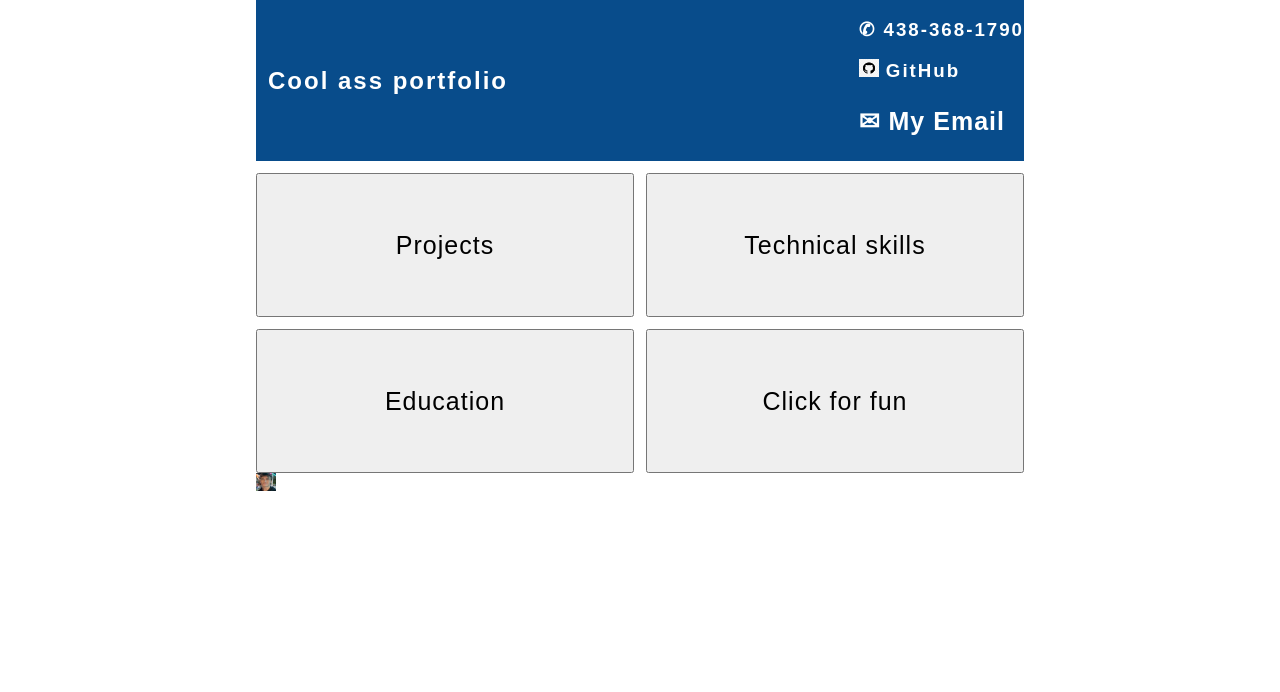
Repository: zackaroo20/zackaroo20
Page: index.html
The author's editor kept a copy of each file at every save. The page is drawn from the files as they stood at one save, then again after the next save.
The browser window is 1280 px wide. The pictures show the whole page.

Above is the page before, as saved 2026-05-13 11:16:59.

After the next save:
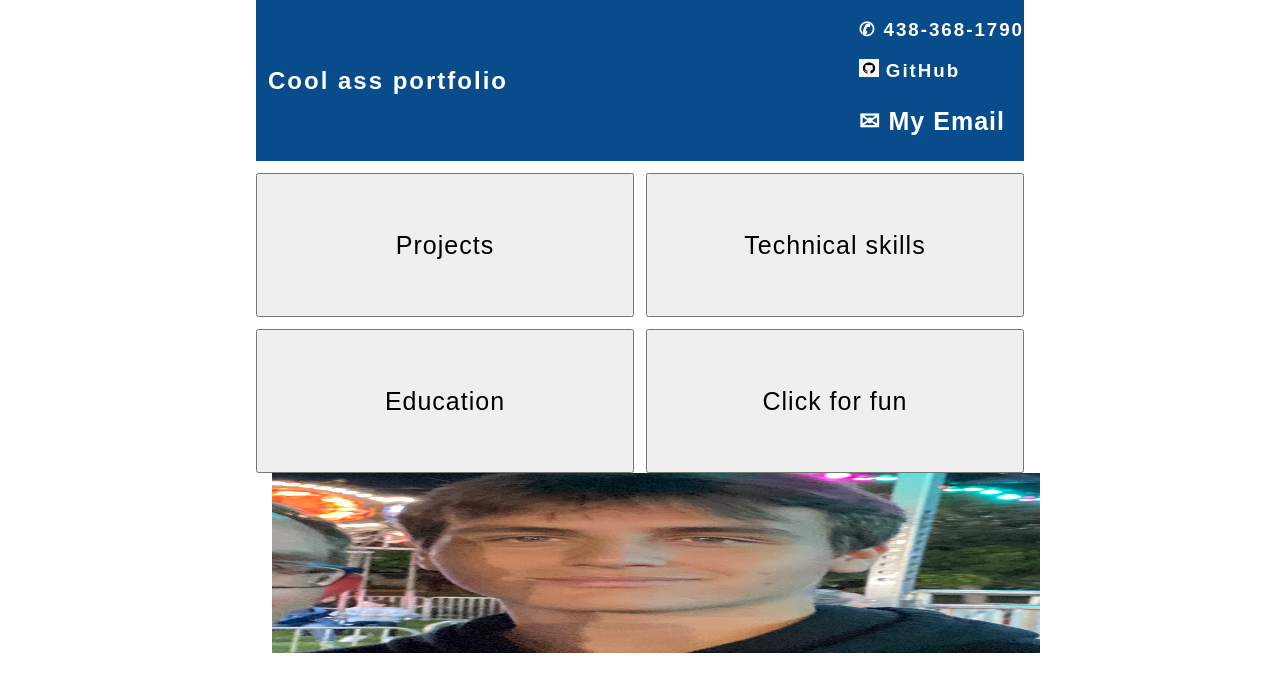
Saved 109 s later.
--- a/styles/index.css
+++ b/styles/index.css
@@ -2,7 +2,7 @@
   size: A4;
 }
 @media screen and (min-width: 700px) {
-  body {
+  body, #my-face {
 
     max-width: 768px;
     margin: 0 auto;
@@ -57,3 +57,7 @@ button {
   width: 100%;
   margin: 0 auto;
 }
+#my-face{
+    width: 100%;
+    height: 25vh;
+}
